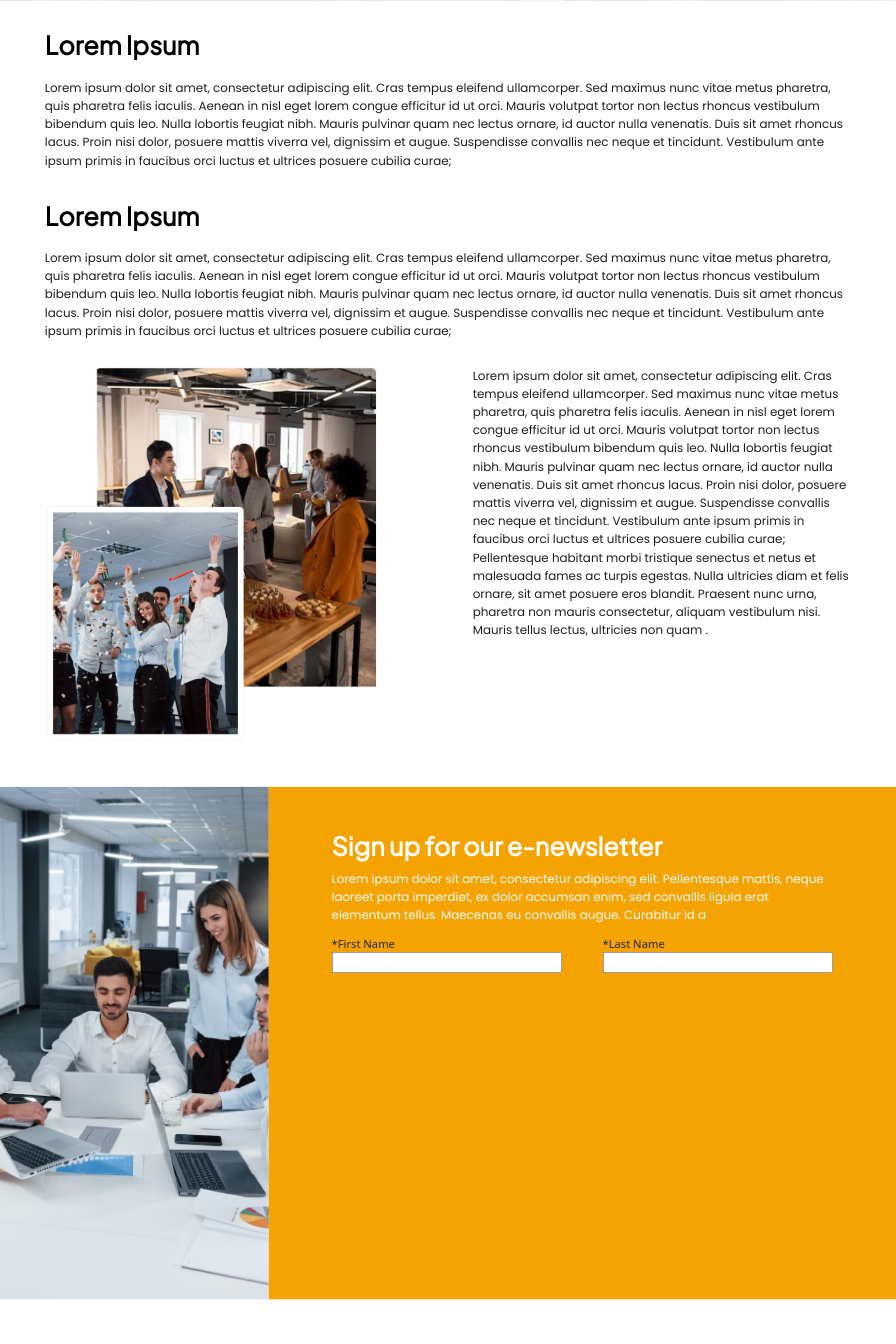
Repository: Akash8377/Hospitality-website
Page: /about-us
The author's editor kept a copy of each file at every save. The page is drawn from the files as they stood at one save, then again after the next save.
The browser window is 1280 px wide. The pictures show the part of the page from y = 683 to 2603 px (the page is 2603 px tall), at 70% of full size.
Some web libraries are served in a nearby version. The project was rebuilt for these pictures with package versions that can differ from the ones it lists, and the page was loaded fresh each time. Also part of the build but not shown: src/Component/Partial/heading-cont.js, src/Component/Shared/about-us.js, src/Component/Shared/Banner.js, src/Component/Shared/popular-jobs.js, src/Component/Sliders/ServiceSlider.js, src/Component/Sliders/ReviewSlider.js, src/Component/Partial/index-banner.js, src/Component/Partial/index-buisness-banner.js and 2 more.

Above is the page before, as saved 2023-07-07 12:09:23.

### public/index.html
<!-- @format -->

<!DOCTYPE html>
<html lang="en">
  <head>
    <meta charset="utf-8" />
    <link rel="icon" href="%PUBLIC_URL%/favicon.ico" />
    <meta name="viewport" content="width=device-width, initial-scale=1" />
    <meta name="theme-color" content="#000000" />
    <meta
      name="description"
      content="Web site created using create-react-app"
    />
    <link rel="apple-touch-icon" href="%PUBLIC_URL%/logo192.png" />
    <link rel="manifest" href="%PUBLIC_URL%/manifest.json" />

    <link rel="preconnect" href="https://fonts.googleapis.com" />
    <link rel="preconnect" href="https://fonts.gstatic.com" crossorigin />
    <link href="https://fonts.googleapis.com/css2?family=Plus+Jakarta+Sans&family=Poppins&display=swap" rel="stylesheet">
    <title>React App</title>
  </head>
  <body>
    <noscript>You need to enable JavaScript to run this app.</noscript>
    <div id="root"></div>
  </body>
  <script src="https://kit.fontawesome.com/b533b351e4.js" crossorigin="anonymous"></script>
</html>

### src/index.css
/** @format */

body {
  margin: 0;
  padding: 0;
  font-family: -apple-system, BlinkMacSystemFont, "Segoe UI", "Roboto", "Oxygen",
    "Ubuntu", "Cantarell", "Fira Sans", "Droid Sans", "Helvetica Neue",
    sans-serif;
  -webkit-font-smoothing: antialiased;
  -moz-osx-font-smoothing: grayscale;
}

code {
  font-family: source-code-pro, Menlo, Monaco, Consolas, "Courier New",
    monospace;
}

### src/App.js
import React from 'react'
import {  BrowserRouter  , Route , Routes } from 'react-router-dom'
import HomePage from './Pages/HomePage'



// Css
import './Css/Navbar.css'
import './Css/Lap.css'
import AboutUs from './Pages/AboutUs'
const App = () => {
  return (
    <>
      <BrowserRouter>
        <Routes>
            <Route path='/' element={<HomePage />} />
            <Route path='/about-us' element={<AboutUs />} />
        </Routes>
      </BrowserRouter>
    </>
  )
}

export default App

### src/Css/Navbar.css
/** @format */

.Navbar {
  display: flex;
  justify-content: space-evenly;
  box-shadow: 0px 10px 30px 0px rgba(0, 0, 0, 0.25);
  background-color: #033c59;
  padding: 20px;
  align-items: center;
}
.Navbar .main {
  width: 15%;
  text-align: center;
}
.Navbar .main a {
  text-decoration: none;
  color: #fff;
  font-size: 20px;
  font-family: Plus Jakarta Sans;
  font-style: normal;
  font-weight: 400;
  line-height: 24px;
  letter-spacing: 1px;
  margin: 0;
}

.Navbar .main img {
  display: block;
  margin: auto;
  max-width: 100%;
}
.Navbar .main div {
  border-radius: 24px;
  border: 1px solid #f3f4f6;
  background: #eee;
  padding: 8px;
  display: flex;
  justify-content: space-between;
  padding-left: 10px;
  padding-right: 10px;
}
.Navbar .main div input {
  border: none;
  background-color: transparent;
  outline: none;
  color: #6b7280;
  font-size: 14px;
  font-family: Plus Jakarta Sans;
  font-style: normal;
  font-weight: 400;
  line-height: normal;
  width: 80%;
}
.Navbar .main button {
  border-radius: 8px;
  background: #f5a302;
  width: 120px;
  padding: 10px;
  color: #fff;
  text-align: center;
  font-size: 16px;
  font-family: Plus Jakarta Sans;
  font-style: normal;
  font-weight: 800;
  line-height: normal;
  outline: none;
  border: 1px solid #f5a302;
}

.Navbar .main a:focus{
    font-weight: 700;
}

### src/Css/Lap.css
/** @format */

/* Home Page Banner */
.Banner {
  min-height: 600px;
  max-height: 800px;
  width: 100%;
  background-image: url("../../public/Image/1.png");
  background-size: cover;
  background-repeat: no-repeat;
  position: relative;
}
.Banner h2 {
  color: #fff;
  text-align: center;
  font-size: 60px;
  font-family: Plus Jakarta Sans;
  font-style: normal;
  font-weight: 700;
  line-height: 90px;
}
.Banner p {
  color: rgba(255, 255, 255, 0.7);
  text-align: center;
  font-size: 17px;
  font-family: Plus Jakarta Sans;
  font-style: normal;
  font-weight: 400;
  line-height: 28px;
}

.Banner .two_button {
  display: flex;
  justify-content: center;
  gap: 20px;
}
.Banner .two_button button {
  border-radius: 10px;
  background: #033c59;
  border: 1px solid #033c59;
  box-shadow: 0px 0px 3px 0px rgba(60, 72, 88, 0.15);
  width: 457px;
  color: #fff;
  height: 92px;
  color: #fff;
  font-size: 28px;
  font-family: Plus Jakarta Sans;
  font-style: normal;
  font-weight: 700;
  line-height: normal;
  display: flex;
  justify-content: center;
  align-items: center;
  gap: 20px;
}

.Banner .Bottom_Button {
  border-radius: 10px;
  background: #f5a302;
  box-shadow: 0px 0px 3px 0px rgba(60, 72, 88, 0.15);
  color: #fff;
  text-align: center;
  font-size: 28px;
  font-family: Plus Jakarta Sans;
  font-style: normal;
  font-weight: 700;
  border: 1px solid #f5a302;
  height: 92px;
  width: 666px;
  display: flex;
  justify-content: center;
  align-items: center;
  gap: 20px;
  margin: auto;
  margin-top: 20px;
}

.Banner .content {
  position: absolute;
  top: 50%;
  left: 50%;
  transform: translate(-50%, -50%);
}

/* -------------------------- */

/* Home Page About us Section */
.Three_Div {
  display: flex;
  justify-content: space-evenly;
  gap: 20px;
  flex-wrap: wrap;
  margin-top: 2%;
  padding: 20px;
}
.Three_Div .Item {
  width: 357.126px;
}
.Three_Div .Item .upper {
  width: 100%;
  height: 381.393px;
  position: relative;
  background-image: url("../../public/Image/2.png");
}
.Three_Div .Item .upper .head {
  color: #fff;
  text-align: center;
  font-size: 36px;
  font-family: Plus Jakarta Sans;
  font-style: normal;
  font-weight: 600;
  max-width: 100%;
  width: 100%;
  margin: auto;
  position: absolute;
  bottom: 30px;
  left: 50%;
  transform: translate(-50%);
}
.Three_Div .Item .desc {
  color: #1d1d1d;
  text-align: center;
  font-size: 14px;
  font-family: Poppins;
  font-style: normal;
  font-weight: 400;
  line-height: normal;
  margin-top: 20px;
}
.Three_Div .Item button {
  border-radius: 6px;
  border: 1px solid #f5a302;
  background: #fef6e6;
  padding: 5px 21.02px 5px 21px;
  display: block;
  margin: auto;
  color: #f5a302;
  text-align: center;
  font-size: 15px;
  font-family: Plus Jakarta Sans;
  font-style: normal;
  font-weight: 600;
  line-height: 28px;
  letter-spacing: 0.375px;
}

/* Home Page Heading Container*/
.Center_Heading {
  margin-top: 5%;
}
.Center_Heading h5 {
  color: #161c2d;
  text-align: center;
  font-size: 36px;
  font-family: Plus Jakarta Sans;
  font-style: normal;
  font-weight: 600;
  line-height: 39px;
}
.Center_Heading .desc {
  color: #1d1d1d;
  text-align: center;
  font-size: 14px;
  font-family: Poppins;
  font-style: normal;
  font-weight: 400;
  line-height: normal;
  max-width: 600px;
  margin: auto;
}

/* Home Page Popular Jobs */
.Popular_Jobs {
  padding: 20px;
}
.Popular_Jobs table {
  table-layout: fixed;
  width: 90%;
  margin: auto;
  text-align: center;
}
.Popular_Jobs table tbody td .flex-cont {
  display: flex;
  gap: 5px;
  justify-content: center;
  align-items: center;
}

.Popular_Jobs table tbody tr {
  margin-top: 30px 0 !important;
  border-radius: 4px;
  background: rgba(255, 255, 255, 0);
  box-shadow: 0px 0px 3px 0px rgba(60, 72, 88, 0.15);
  border: 1px solid rgba(255, 255, 255, 0);
}
.Popular_Jobs table tbody tr td {
  padding: 10px;
}
.Popular_Jobs table tbody td .flex-cont p {
  color: #161c2d;
  font-size: 17px;
  font-family: Plus Jakarta Sans;
  font-style: normal;
  font-weight: 600;
  line-height: 28px;
  margin: 0;
}
.Popular_Jobs table tbody td .flex-cont button {
  border-radius: 6px;
  border: 1px solid #005479;
  background: #005479;
  color: #fff;
  text-align: center;
  font-size: 15px;
  font-family: Plus Jakarta Sans;
  font-style: normal;
  font-weight: 600;
  line-height: 28px;
  letter-spacing: 0.375px;
}
.Popular_Jobs table tbody td .flex-cont i {
  color: #005479;
  width: 40px;
  height: 40px;
  border: 1px solid #005479;
  text-align: center;
  border-radius: 100%;
  background-color: rgba(3, 0, 129, 0.05);
  padding: 10px;
}
.Popular_Jobs table tbody td .flex-vertical-cont {
  display: flex;
  flex-direction: column;
}
.Popular_Jobs table tbody td .flex-vertical-cont p {
  margin: 0;
  color: #161c2d;
  font-size: 15px;
  font-family: Plus Jakarta Sans;
  font-style: normal;
  font-weight: 700;
  line-height: 28px;
}
.Popular_Jobs table tbody td .flex-vertical-cont select {
  border-radius: 6px;
  border: 1px solid #777;
  background: #eee;
  width: 164px;
  margin: auto;
  outline: none;
  color: #777;
  font-size: 14px;
  font-family: Plus Jakarta Sans;
  font-style: normal;
  font-weight: 400;
  line-height: 20px;
}
.Popular_Jobs table tbody td .flex-vertical-cont div {
  display: flex;
  gap: 5px;
  align-items: center;
  justify-content: center;
}
.Popular_Jobs table tbody td .flex-vertical-cont div p {
  color: #94a3b8;
  font-size: 15px;
  font-family: Plus Jakarta Sans;
  font-style: normal;
  font-weight: 400;
  line-height: 28px;
}
.Popular_Jobs table tbody td .flex-vertical-cont div i {
  color: #94a3b8;
}

/* Home Page Service Slider */
.Service_Slider_Container {
  position: relative;
  margin-top: 20px;
}
.Service_Slider_Container .Service_Slider .Main {
  width: 421px !important;
  height: 506px !important;
  position: relative;
  display: block !important;
  margin: auto;
}
.Service_Slider_Container .Service_Slider .Main img {
  position: absolute;
  top: 0;
  bottom: 0;
  left: 0;
  right: 0;
  z-index: -1;
}
.Service_Slider_Container .slick-arrow {
  display: none !important;
}

.Service_Slider_Container .Service_Slider .Main .head {
  color: #fff;
  text-align: center;
  font-size: 36px;
  font-family: Plus Jakarta Sans;
  font-style: normal;
  font-weight: 600;
  line-height: 28px;
  position: absolute;
  top: 50%;
  left: 50%;
  transform: translate(-50%, -50%);
  width: 100%;
}
.Service_Slider_Container .Service_Slider .Main button {
  display: flex;
  gap: 10px;
  align-items: center;
  border-radius: 6px;
  border: 1px solid #fff;
  background: #fff;
  width: 148.49px;
  height: 37.865px;
  color: #000;
  text-align: center;
  font-size: 15px;
  font-family: Plus Jakarta Sans;
  font-style: normal;
  font-weight: 600;
  line-height: 28px;
  letter-spacing: 0.375px;
  position: absolute;
  top: 70%;
  left: 50%;
  transform: translate(-50%, -50%);
  text-align: center;
  justify-content: center;
}

/* Home Page Review Slider */
.Review_Slider_Container {
  position: relative;
  margin-top: 30px;
  margin-bottom: 20px;
}
.Review_Slider_Container .Review_Slider .Main {
  width: 357px !important;
  height: 466px !important;
  position: relative;
  display: block !important;
  margin: auto;
  background: #fff;
  box-shadow: 0px 20px 40px 10px rgba(159, 159, 159, 0.15),
    0px -10px 50px 0px rgba(0, 0, 0, 0.1);
  padding: 20px;
}

.Review_Slider_Container .slick-arrow {
  display: none !important;
}
.Review_Slider_Container .Review_Slider .Main .User_Profile {
  display: flex;
  justify-content: space-between;
  max-width: 90%;
  gap: 10px;
  align-items: center;
}

.Review_Slider_Container .Review_Slider .Main .User_Profile img {
  width: 73px;
  height: 73px;
  border-radius: 100%;
}
.Review_Slider_Container .Review_Slider .Main .User_Profile p {
  margin: 0;
}

.Review_Slider_Container .Review_Slider .Main .User_Profile div .head {
  color: #000;
  font-size: 22px;
  font-family: Plus Jakarta Sans;
  font-style: normal;
  font-weight: 700;
  line-height: 39px;
}
.Review_Slider_Container .Review_Slider .Main .User_Profile div .desc {
  color: #9c9c9c;
  font-size: 15px;
  font-family: Plus Jakarta Sans;
  font-style: normal;
  font-weight: 700;
  line-height: 39px;
}

.Review_Slider_Container .Review_Slider .Main .Reviews {
  display: flex;
  align-items: center;
  justify-content: space-between;
  margin-top: 10px;
}
.Review_Slider_Container .Review_Slider .Main .Reviews div {
  display: flex;
  gap: 5px;
}
.Review_Slider_Container .Review_Slider .Main .Reviews div i {
  color: #ffc107;
  font-size: 23px;
}

.Review_Slider_Container .Review_Slider .Main .Reviews p {
  margin: 0;
  color: #9c9c9c;
  font-size: 15px;
  font-family: Plus Jakarta Sans;
  font-style: normal;
  font-weight: 700;
  line-height: 39px;
}
.Review_Slider_Container .Review_Slider .Main .content {
  text-align: left;
  margin-top: 10px;
}
.Review_Slider_Container .Review_Slider .Main .content p {
  color: #000;
  font-size: 17px;
  font-family: Plus Jakarta Sans;
  font-style: normal;
  font-weight: 400;
  line-height: 28px;
}

/* Index Two Sec Banner */
.Index_Banner_Two_Sec {
  display: flex;
  width: 90%;
  margin: auto;
  align-items: stretch;
  margin-top: 2%;
  justify-content: center;
  height: 550px;
  max-width: 1200px;
  margin-bottom: 20px;
}
.Index_Banner_Two_Sec .left {
  width: 30%;
  display: flex;
  justify-content: flex-end;
}
.Index_Banner_Two_Sec .left img {
  width: auto;
  max-height: 100%;
}

.Index_Banner_Two_Sec .right {
  width: 70%;
  background-color: #f5a302;
  position: relative;
}
.Index_Banner_Two_Sec .right .content {
  position: absolute;
  top: 50%;
  left: 50%;
  transform: translate(-50%, -50%);
  width: 90%;
  margin: auto;
}
.Index_Banner_Two_Sec .right .content h5 {
  color: #fff;
  font-family: Plus Jakarta Sans;
  font-size: 36px;
  font-style: normal;
  font-weight: 600;
  line-height: 54px;
}
.Index_Banner_Two_Sec .right .content p {
  color: #fff;
  font-family: Plus Jakarta Sans;
  font-size: 17px;
  font-style: normal;
  line-height: 28px;
}
.Index_Banner_Two_Sec .right .content ul {
  list-style: none;
  padding-left: 0;
}
.Index_Banner_Two_Sec .right .content ul li {
  display: flex;
  gap: 10px;
  align-items: center;
}
.Index_Banner_Two_Sec .right .content ul li span {
  color: #fff;
  font-family: Plus Jakarta Sans;
  font-size: 15px;
  font-style: normal;
  font-weight: 400;
  line-height: 28px;
}

/* Index Buisness Banner */
.Index_Buisness_Banner {
  display: flex;
  justify-content: space-evenly;
  width: 90%;
  margin: auto;
  margin-top: 5%;
}
.Index_Buisness_Banner .left {
  width: 50%;
  padding: 20px;
}
.Index_Buisness_Banner .left h5 {
  color: #161c2d;
  font-family: Plus Jakarta Sans;
  font-size: 36px;
  font-style: normal;
  font-weight: 600;
  line-height: 39px;
}
.Index_Buisness_Banner .left p {
  color: #1d1d1d;
  font-family: Poppins;
  font-size: 14px;
  font-style: normal;
  font-weight: 400;
  line-height: normal;
  max-width: 60%;
}
.Index_Buisness_Banner .left .Two_Sec {
  display: flex;
  justify-content: space-between;
  flex-wrap: wrap;
}

.Index_Buisness_Banner .left .Two_Sec .Main {
  width: 49%;
  border-radius: 4px;
  background: #f8fafc;
  box-shadow: 0px 0px 3px 0px rgba(60, 72, 88, 0.15);
  padding: 20px;
  display: flex;
  align-items: flex-start;
  gap: 10px;
  margin-top: 20px;
}
.Index_Buisness_Banner .left .Two_Sec .Main div {
  display: flex;
  flex-direction: column;
  width: 60%;
}
.Index_Buisness_Banner .left .Two_Sec .Main div h6 {
  color: #161c2d;
  font-family: Plus Jakarta Sans;
  font-size: 16px;
  font-style: normal;
  font-weight: 600;
  line-height: 28px;
}

.Index_Buisness_Banner .left .Two_Sec .Main div p {
  color: #005479;
  font-family: Plus Jakarta Sans;
  font-size: 14px;
  font-style: normal;
  font-weight: 400;
  line-height: 20px;
  width: 100%;
}
.Index_Buisness_Banner .left .Last_Text {
  display: flex;
  gap: 10px;
  color: #94a3b8;
  text-align: center;
  font-family: Plus Jakarta Sans;
  font-size: 15px;
  font-style: normal;
  font-weight: 600;
  line-height: 28px;
  letter-spacing: 0.375px;
  align-items: center;

  margin: 0;
  margin-top: 10px;
}
.Index_Buisness_Banner .right {
  width: 30%;
}
.Index_Buisness_Banner .right img {
  max-width: 100%;
  display: block;
  margin: auto;
}

/* Footer  */
.Footer {
  background: #f5a302;
  margin-top: 5%;
  padding-bottom: 50px;
}
.Footer .Upper_Div {
  display: flex;
  width: 90%;
  margin: auto;
  justify-content: space-between;
  padding-top: 2%;
  align-items: center;
}
.Footer .Upper_Div div {
  width: 15%;
}
.Footer .Upper_Div div p {
  margin: 0;
  color: #fff;
  font-family: Plus Jakarta Sans;
  font-size: 20px;
  font-style: normal;
  font-weight: 800;
  line-height: normal;
}
.Footer .Upper_Div div button {
  color: #fff;
  text-align: center;
  font-family: Plus Jakarta Sans;
  font-size: 16px;
  font-style: normal;
  font-weight: 800;
  border-radius: 8px;
  background: #005479;
  border: 1px solid #005479;
  width: 100%;
  padding: 10px;
  line-height: normal;
}

.Footer .Down_Div {
  display: flex;
  justify-content: space-between;
  width: 90%;
  margin: auto;
  margin-top: 40px;
}

.Footer .Down_Div .left h5 {
  color: #fff;
  font-family: Plus Jakarta Sans;
  font-size: 26px;
  font-style: normal;
  font-weight: 700;
  line-height: 39px;
}
.Footer .Down_Div .left .two_sec {
  display: flex;
  align-items: center;
  gap: 10px;
  margin-top: 30px;
}
.Footer .Down_Div .left .two_sec p {
  margin: 0;
  color: #fff;
  font-family: Plus Jakarta Sans;
  font-size: 17px;
  font-style: normal;
  font-weight: 500;
  line-height: normal;
}
.Footer .Down_Div .left .two_sec i {
  color: #fff;
  font-size: 20px;
}

.Footer .Down_Div .left .copyRight {
  color: #fff;
  font-family: Plus Jakarta Sans;
  font-size: 20px;
  margin-top: 40px;
  font-style: normal;
  font-weight: 500;
  line-height: normal;
}

/* About Us Page */
.AboutUs {
  min-height: 600px;
  max-height: 800px;
  width: 100%;
  background-image: url("../../public/Image/11.png");
  background-size: cover;
  background-repeat: no-repeat;
  position: relative;
}
.AboutUs h2 {
  color: #fff;
  text-align: center;
  font-size: 36px;
  font-family: Plus Jakarta Sans;
  font-style: normal;
  font-weight: 700;
  line-height: 90px;
}
.AboutUs p {
  color: rgba(255, 255, 255, 0.7);
  text-align: center;
  font-size: 14px;
  font-family: Plus Jakarta Sans;
  font-style: normal;
  font-weight: 400;
  line-height: 28px;
}

.AboutUs .content {
  position: absolute;
  top: 60%;
  left: 50%;
  transform: translate(-50%, -50%);
}

.About_Us-Content {
  width: 90%;
  margin: auto;
  margin-top: 3%;
}
.About_Us-Content h5 {
  color: #000;
  font-family: Plus Jakarta Sans;
  font-size: 36px;
  font-style: normal;
  font-weight: 600;
  line-height: 54px;
}
.About_Us-Content p {
  color: #1d1d1d;
  font-family: Poppins;
  font-size: 17px;
  font-style: normal;
  font-weight: 400;
  line-height: normal;
  margin-top: 20px;
}

.About_Us-two_Sec {
  display: flex;
  width: 90%;
  margin: auto;
  justify-content: space-between;
  margin-top: 3%;
}
.About_Us-two_Sec .right {
  width: 70%;
  text-align: left;
  display: flex;
  justify-content: flex-end;
}
.About_Us-two_Sec .right p {
  max-width: 80%;
  color: #1d1d1d;
  font-family: Poppins;
  font-size: 17px;
  font-style: normal;
  font-weight: 400;
  line-height: normal;
}

.About-Us_Newsletter {
  display: flex;
  align-items: stretch;
  max-height: 900px;
  margin-top: 5%;
  margin-bottom: 5%;
}
.About-Us_Newsletter .left {
  width: 30%;
}
.About-Us_Newsletter .left img {
  height: 100%;
  width: 100%;
}

.About-Us_Newsletter .right {
  background: #f5a302;
  width: 70%;
  padding-top: 5%;
}
.About-Us_Newsletter .right .content {
  width: 80%;
  margin: auto;
}
.About-Us_Newsletter .right .content h5 {
  color: #fff;
  font-family: Plus Jakarta Sans;
  font-size: 36px;
  font-style: normal;
  font-weight: 700;
  line-height: 39px;
}
.About-Us_Newsletter .right .content p {
  color: #fff;
  font-family: Poppins;
  font-size: 17px;
  font-style: normal;
  font-weight: 400;
  line-height: normal;
  margin-top: 2%;
}
.About-Us_Newsletter .right .content form{
  margin-top: 2%;
}
.About-Us_Newsletter .right .content form .Two_Inputs {
  display: flex;
  gap: 20px;
  justify-content: space-between;
  align-items: center;
}
.About-Us_Newsletter .right .content form .Two_Inputs div{
  width: 46%;
  display: flex;
  flex-direction: column;
}

### src/Pages/AboutUs.js
/** @format */

import React from "react";
import Navbar from "../Component/Navbar/Navbar";
import Banner from "../Component/Partial/About Us Component/Banner";
import ContentDescription from "../Component/Partial/About Us Component/content-description";
import Newsletter from "../Component/Partial/About Us Component/Newsletter";
import TwoSection from "../Component/Partial/About Us Component/two-section";

const AboutUs = () => {
  return (
    <>
      <Navbar />
      <Banner />
      <ContentDescription />
      <ContentDescription />
      <TwoSection />
      <Newsletter />
    </>
  );
};

export default AboutUs;

### src/Component/Navbar/Navbar.js
/** @format */

import React from "react";
import { Link } from "react-router-dom";

const Navbar = () => {
  return (
    <div className="Navbar">
      <div className="main">
        <img src="./Image/logo.png" alt="Logo" />
      </div>
      <div className="main">
        <Link to="/">
          Home
        </Link>
      </div>
      <div className="main">
        <Link to="/">
          About Us
        </Link>
      </div>
      <div className="main">
        <Link to="/">
          Event Booking
        </Link>
      </div>
      <div className="main">
        <Link to="/">
        Contact Us
        </Link>
      </div>
      <div className="main">
       <div>
       <input type={"search"} placeholder="Search..." />
        <i className="fa-solid fa-magnifying-glass"></i>
       </div>
      </div>
      <div className="main">
        <button>SIGN IN</button>
      </div>
    </div>
  );
};

export default Navbar;

### src/Component/Partial/About Us Component/content-description.js
import React from 'react'

const ContentDescription = () => {
  return (
    <div className='About_Us-Content'>
        <h5>Lorem Ipsum</h5>
        <p>Lorem ipsum dolor sit amet, consectetur adipiscing elit. Cras tempus eleifend ullamcorper. Sed maximus nunc vitae metus pharetra, quis pharetra felis iaculis. Aenean in nisl eget lorem congue efficitur id ut orci. Mauris volutpat tortor non lectus rhoncus vestibulum bibendum quis leo. Nulla lobortis feugiat nibh. Mauris pulvinar quam nec lectus ornare, id auctor nulla venenatis. Duis sit amet rhoncus lacus. Proin nisi dolor, posuere mattis viverra vel, dignissim et augue. Suspendisse convallis nec neque et tincidunt. Vestibulum ante ipsum primis in faucibus orci luctus et ultrices posuere cubilia curae; </p>
    </div>
  )
}

export default ContentDescription

Loaded but not shown: src/index.js (common file); src/Component/Partial/About Us Component/two-section.js (33 lines, source omitted); src/Component/Partial/About Us Component/Banner.js (18 lines, source omitted); src/Component/Partial/About Us Component/Newsletter.js (39 lines, source omitted)

After the next save:
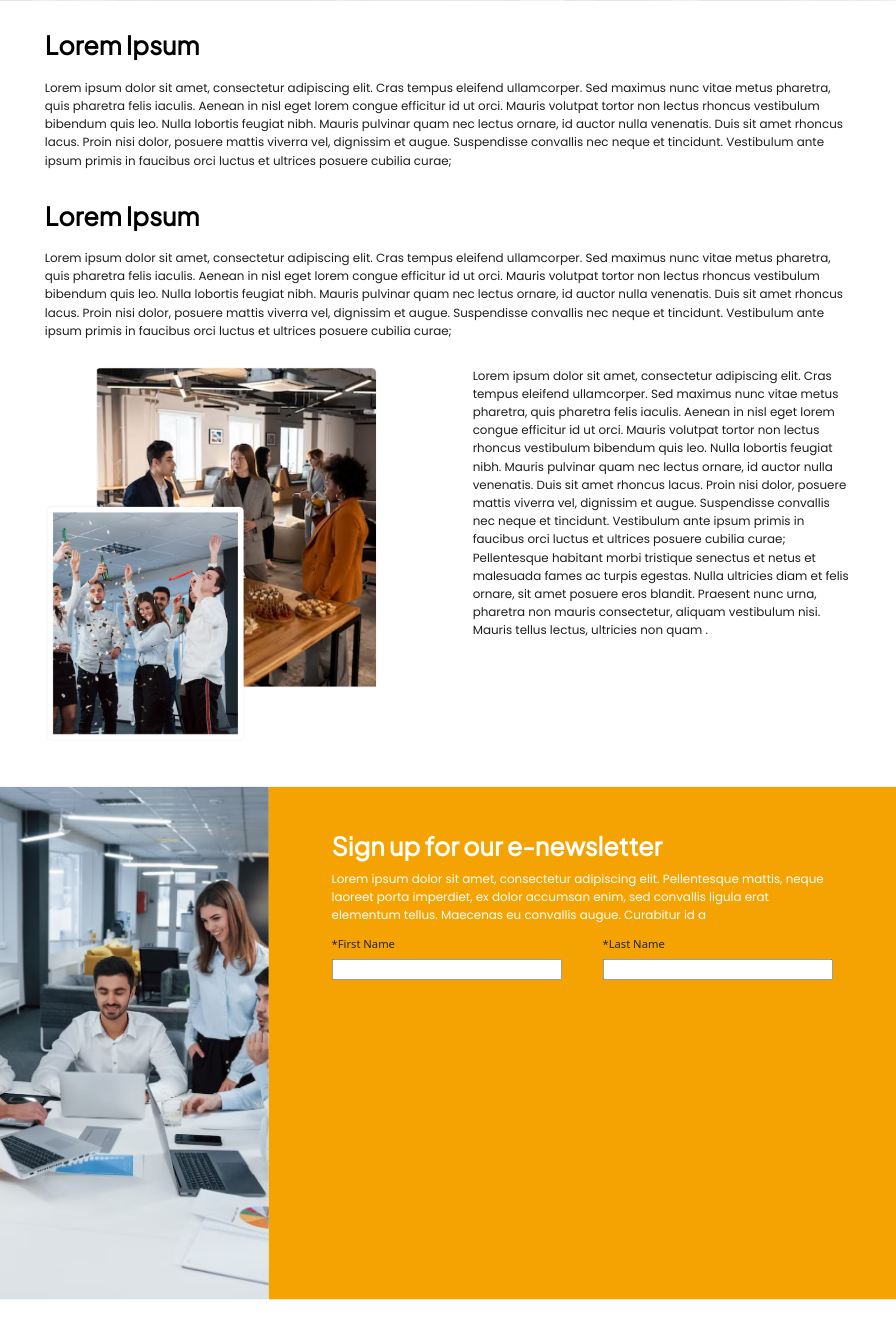
Saved 7 s later.
--- a/src/Css/Lap.css
+++ b/src/Css/Lap.css
@@ -813,4 +813,5 @@
   width: 46%;
   display: flex;
   flex-direction: column;
-}
+  gap: 10px;
+}
